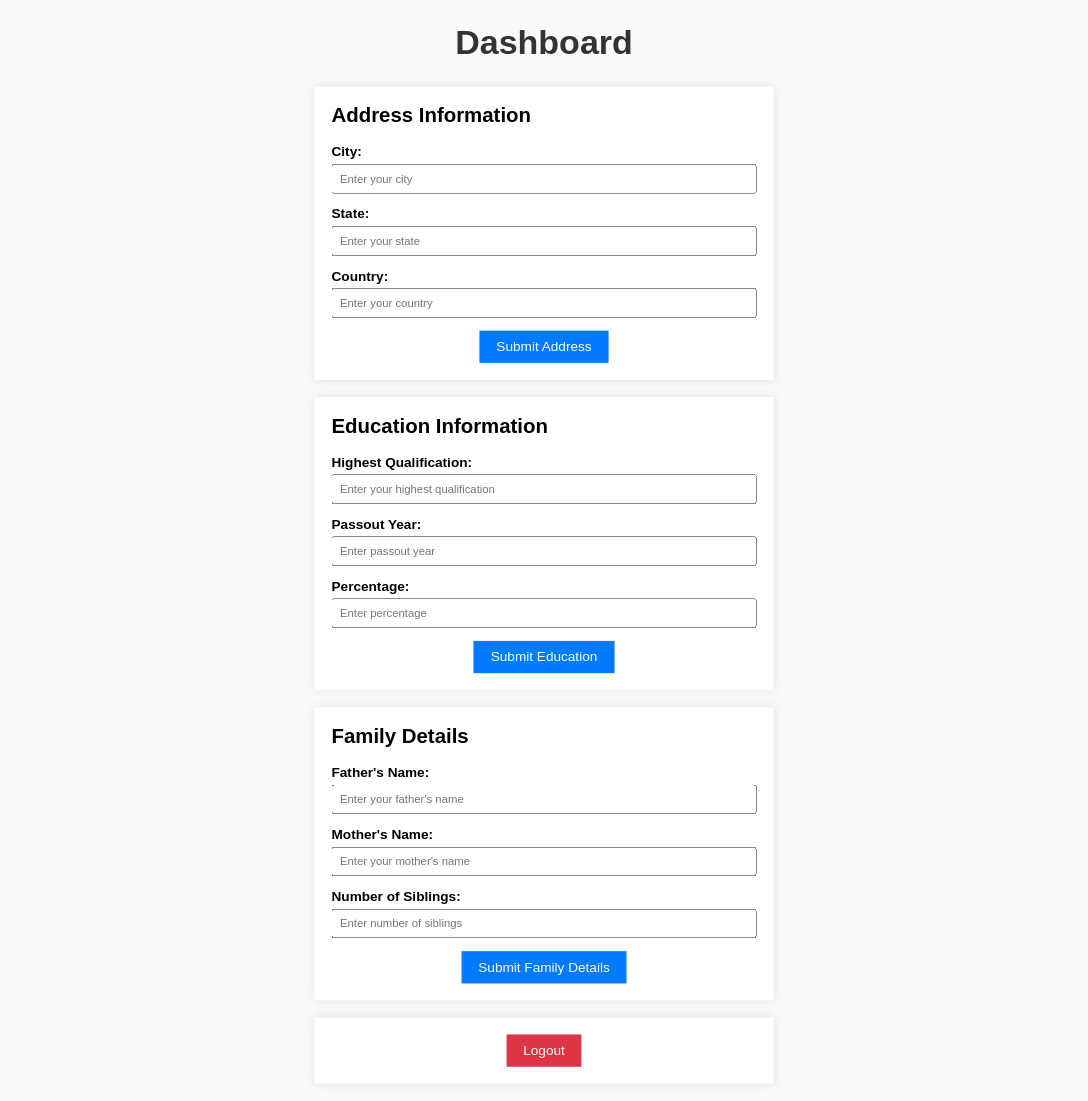
Repository: rahulmadasuongole/Demo
Page: firstwedapp/build/classes/webapp/Dashboardhtml.html
These files come from the project's save history. The page is drawn as it stood at one moment and after the next save; the edit follows.
The browser window is 1280 px wide. The pictures show the whole page, at 85% of full size.

Above is the page before, as saved 2025-03-06 16:29:55.
Console error: TypeError: Cannot read properties of null (reading 'addEventListener')

After the next save:
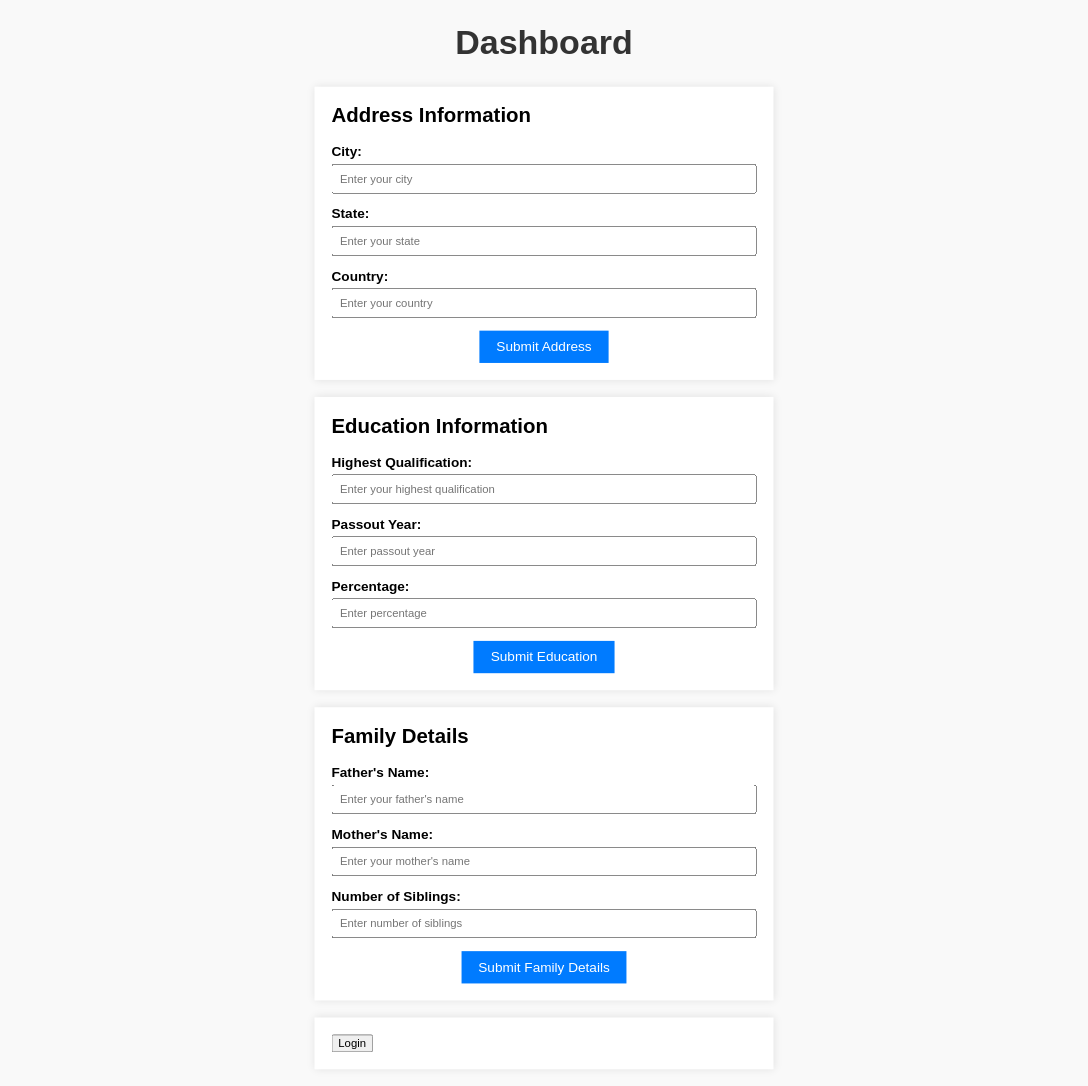
The error is gone.
Saved 89 s later.
--- a/firstwedapp/build/classes/webapp/Dashboardhtml.html
+++ b/firstwedapp/build/classes/webapp/Dashboardhtml.html
@@ -147,9 +147,9 @@
     </form>
   </div>
 
-  <!-- Logout Button -->
-  <div class="container logout-button">
-    <button id="logoutButton">Logout</button>
+  <!-- Login Button -->
+  <div class="container login-button">
+    <button id="loginButton">Login</button>
   </div>
 
   <script>
